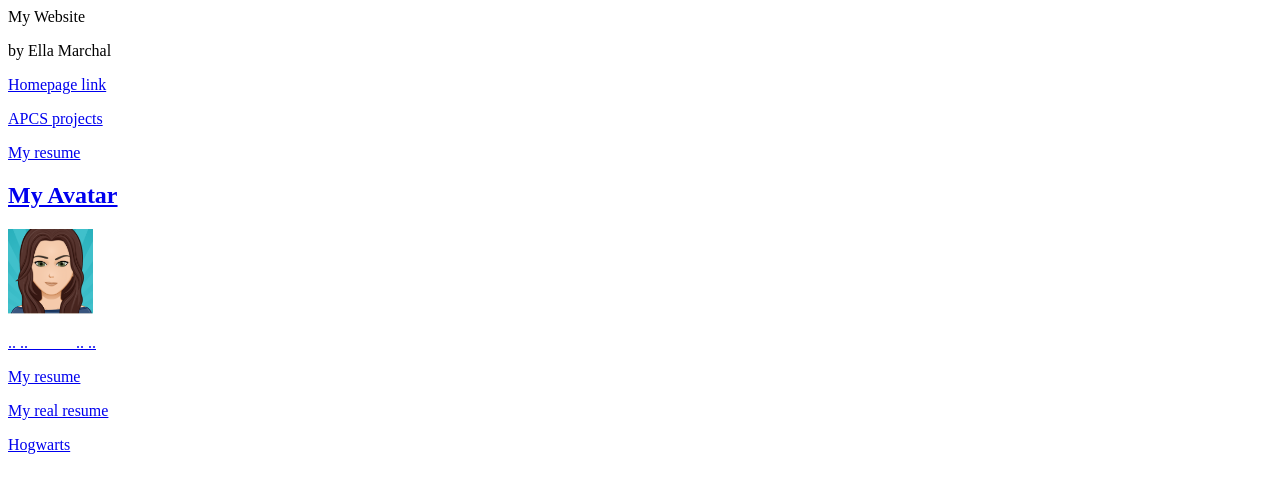
Repository: ella-m/ella-m.github.io
Page: index.html
The author's editor kept a record of every edit. The page is drawn from the files as they stood at one moment, then again after the next edit.
The browser window is 1280 px wide. The pictures show the whole page.

Above is the page before.

After the next edit:
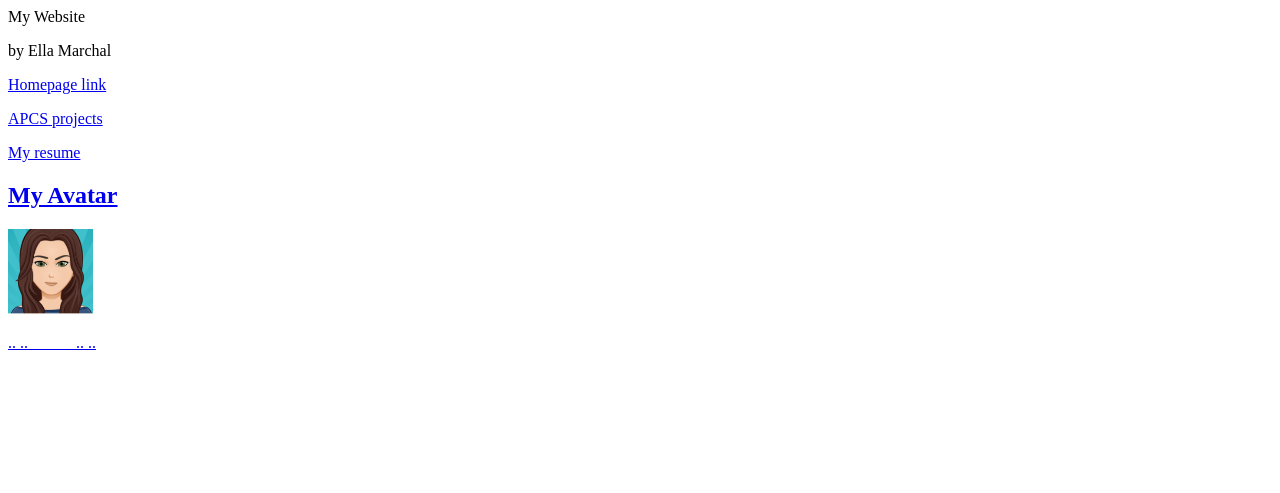
The edit:
--- a/index.html
+++ b/index.html
@@ -20,12 +20,6 @@
 
 
 <p>..    .. _____ ..   ..</p>
-<a href="http://www.theimpossiblequiz.net/impossiblequiz.html" target="_blank"> My resume</a>
 
-<p></p>
-<a href="https://docs.google.com/document/d/1KTdh5cYlCag7PgrUSLhIBlvnMqhPqXY-M4aaidGkwqY/edit?usp=sharing" target="_blank"> My real resume</a>
-
-<p></p>
-<a href="https://www.wizardingworld.com/" target="_blank">Hogwarts</h>
 </body>
 </html>
